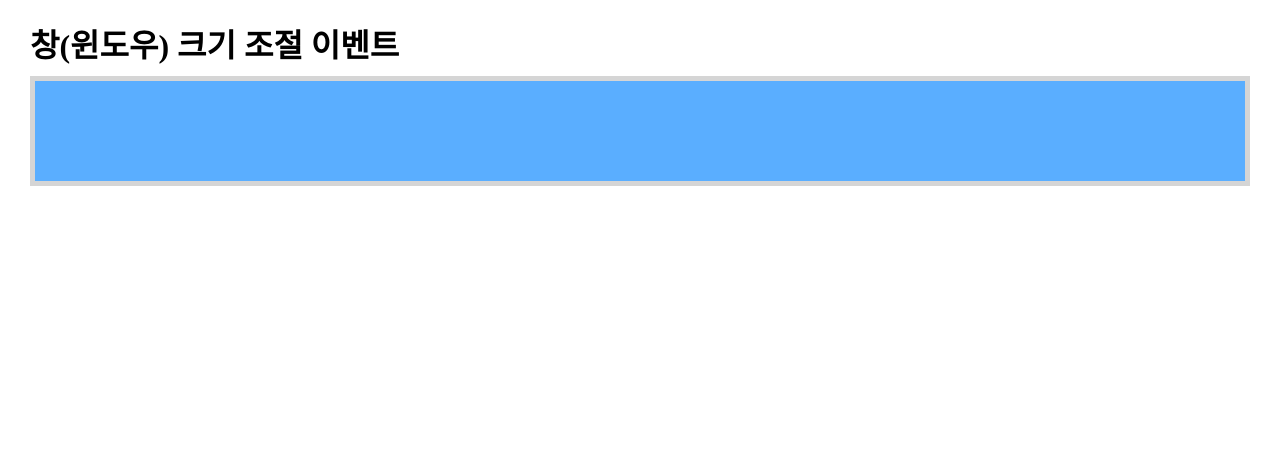
Repository: rwanda95do/bitcamp
Page: jQuery/src/main/webapp/02_jQueryEvent/exam13.html
An editor plug-in stored every save of this project. The page is shown before and after the next save, followed by the edit.
The browser window is 1280 px wide. The pictures show the whole page.

Above is the page before, as saved 2024-08-23 02:57:22.

After the next save:
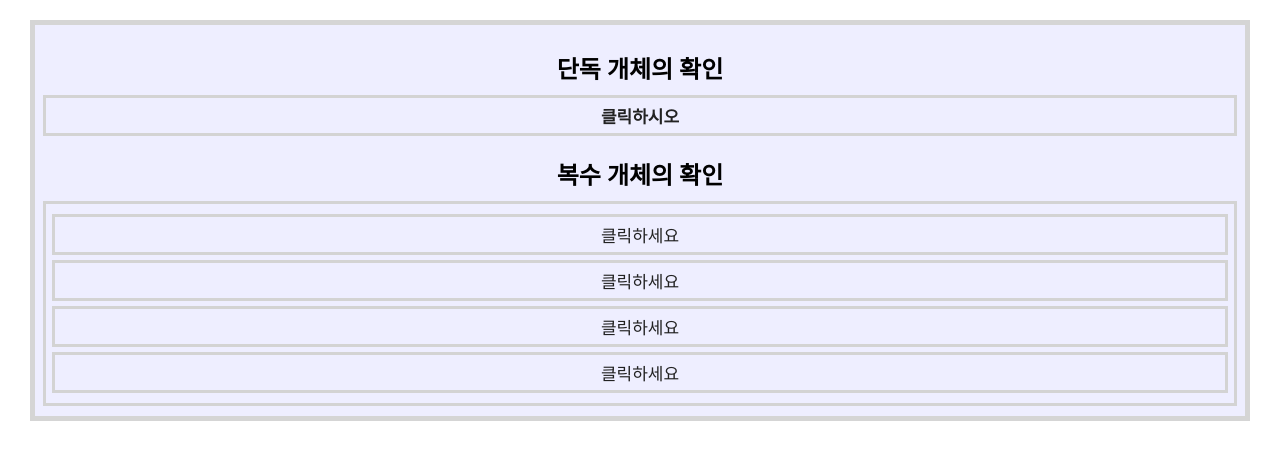
Saved 8 min 41 s later.
--- a/jQuery/src/main/webapp/02_jQueryEvent/exam13.html
+++ b/jQuery/src/main/webapp/02_jQueryEvent/exam13.html
@@ -8,15 +8,25 @@
 
 </head>
 <body>
-	<h1>창(윈도우) 크기 조절 이벤트</h1>
-	<div id="result"></div>
+	<div id="input">
+		<h2>단독 개체의 확인</h2>
+		<div id="singleButton">클릭하시오</div>
+
+		<h2>복수 개체의 확인</h2>
+		<div>
+			<button class="multiButton">클릭하세요</button>
+			<button class="multiButton">클릭하세요</button>
+			<button class="multiButton">클릭하세요</button>
+			<button class="multiButton">클릭하세요</button>
+		</div>
+	</div>
 
 <script type="text/javascript" src="http://code.jquery.com/jquery-3.7.1.min.js"></script>
 <script type="text/javascript">
 
 $(function () {	// <body>를 다 읽은 후에 실행
-	$(window).resize(function() {
-		$('#result').html('<p>'+ $(window).width() +' * '+ $(window).height()  +'</p>');
+	$('#singleButton').click(function() {
+		$('#singleButton').html('감사합니다');
 	})
 });
 </script>
